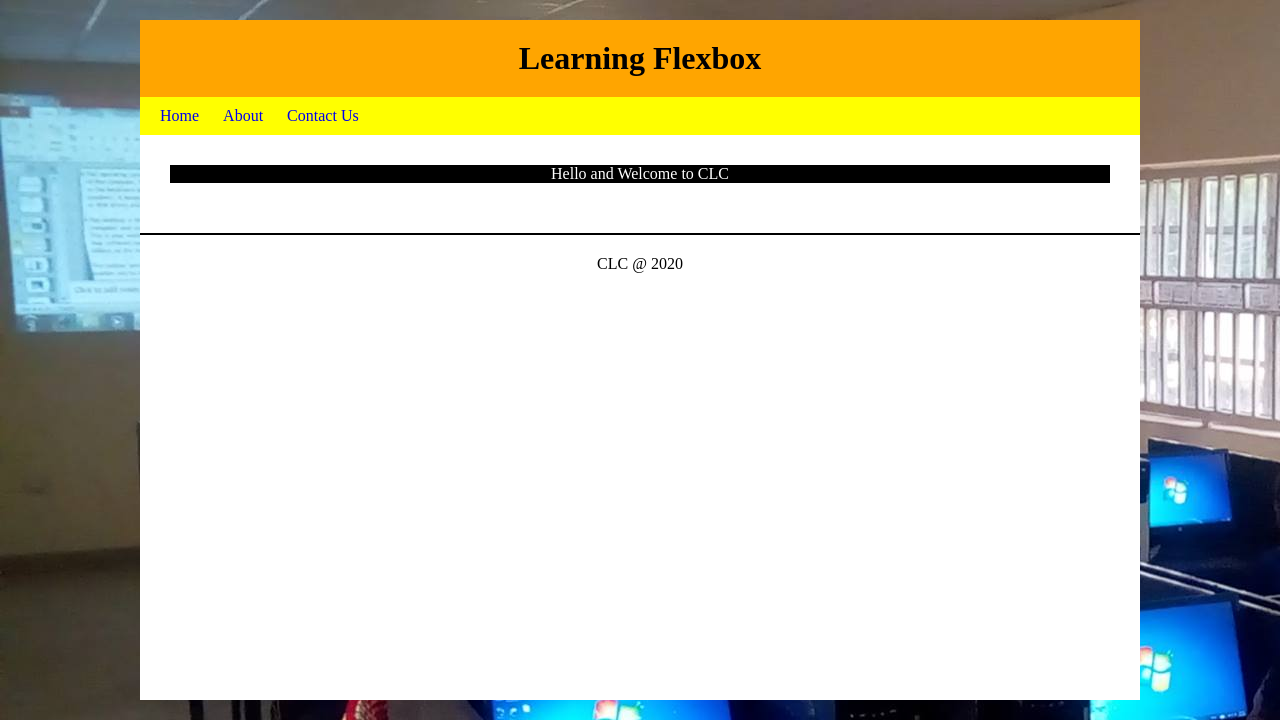
Repository: mofrey-max/clc-second
Page: about.html
These files come from the project's save history. The page is drawn as it stood at one moment and after the next save; the edit follows.
The browser window is 1280 px wide. The pictures show the whole page.

Above is the page before, as saved 2020-06-02 11:41:28.

After the next save:
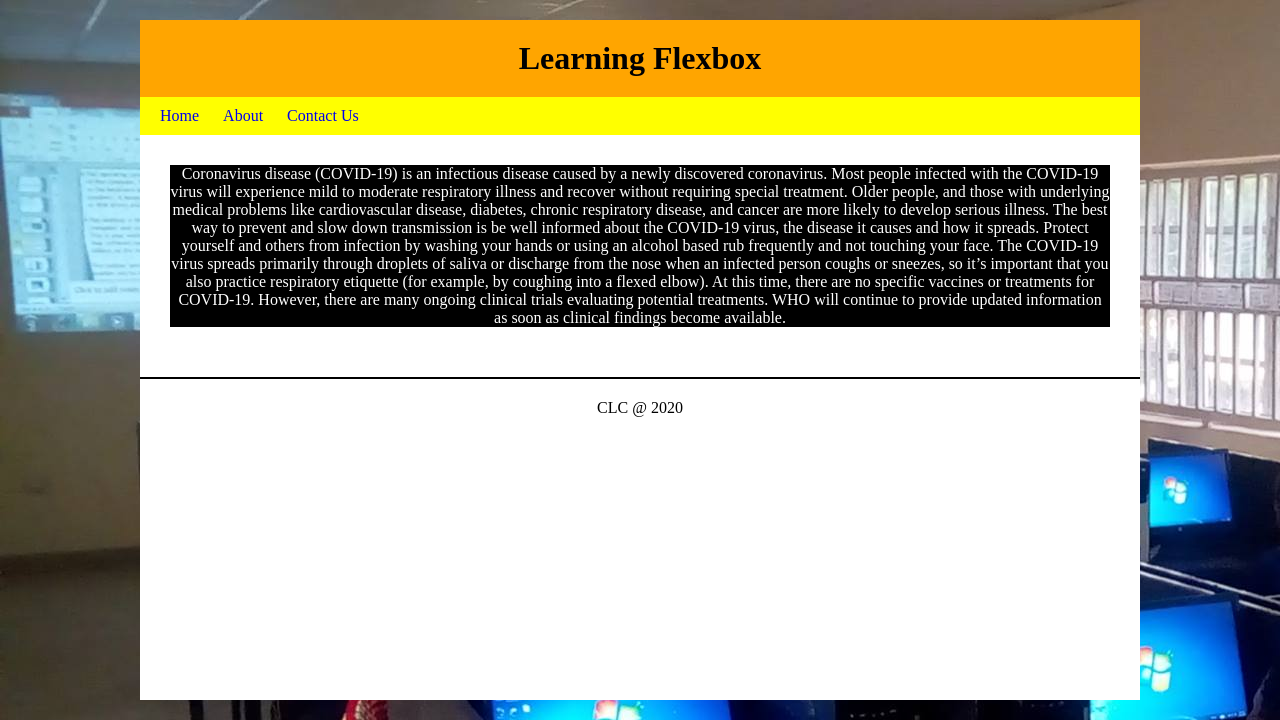
Saved 4 min 14 s later.
--- a/about.html
+++ b/about.html
@@ -18,7 +18,15 @@
     <div id="new">
         <section id="main">
             <div id="history">
-            <p>Hello and Welcome to CLC</p>
+            <p>Coronavirus disease (COVID-19) is an infectious disease caused by a newly discovered coronavirus.
+
+Most people infected with the COVID-19 virus will experience mild to moderate respiratory illness and recover without requiring special treatment.  Older people, and those with underlying medical problems like cardiovascular disease, diabetes, chronic respiratory disease, and cancer are more likely to develop serious illness.
+
+The best way to prevent and slow down transmission is be well informed about the COVID-19 virus, the disease it causes and how it spreads. Protect yourself and others from infection by washing your hands or using an alcohol based rub frequently and not touching your face.
+
+The COVID-19 virus spreads primarily through droplets of saliva or discharge from the nose when an infected person coughs or sneezes, so it’s important that you also practice respiratory etiquette (for example, by coughing into a flexed elbow).
+
+At this time, there are no specific vaccines or treatments for COVID-19. However, there are many ongoing clinical trials evaluating potential treatments. WHO will continue to provide updated information as soon as clinical findings become available.</p>
             </div>
         </section>
 
